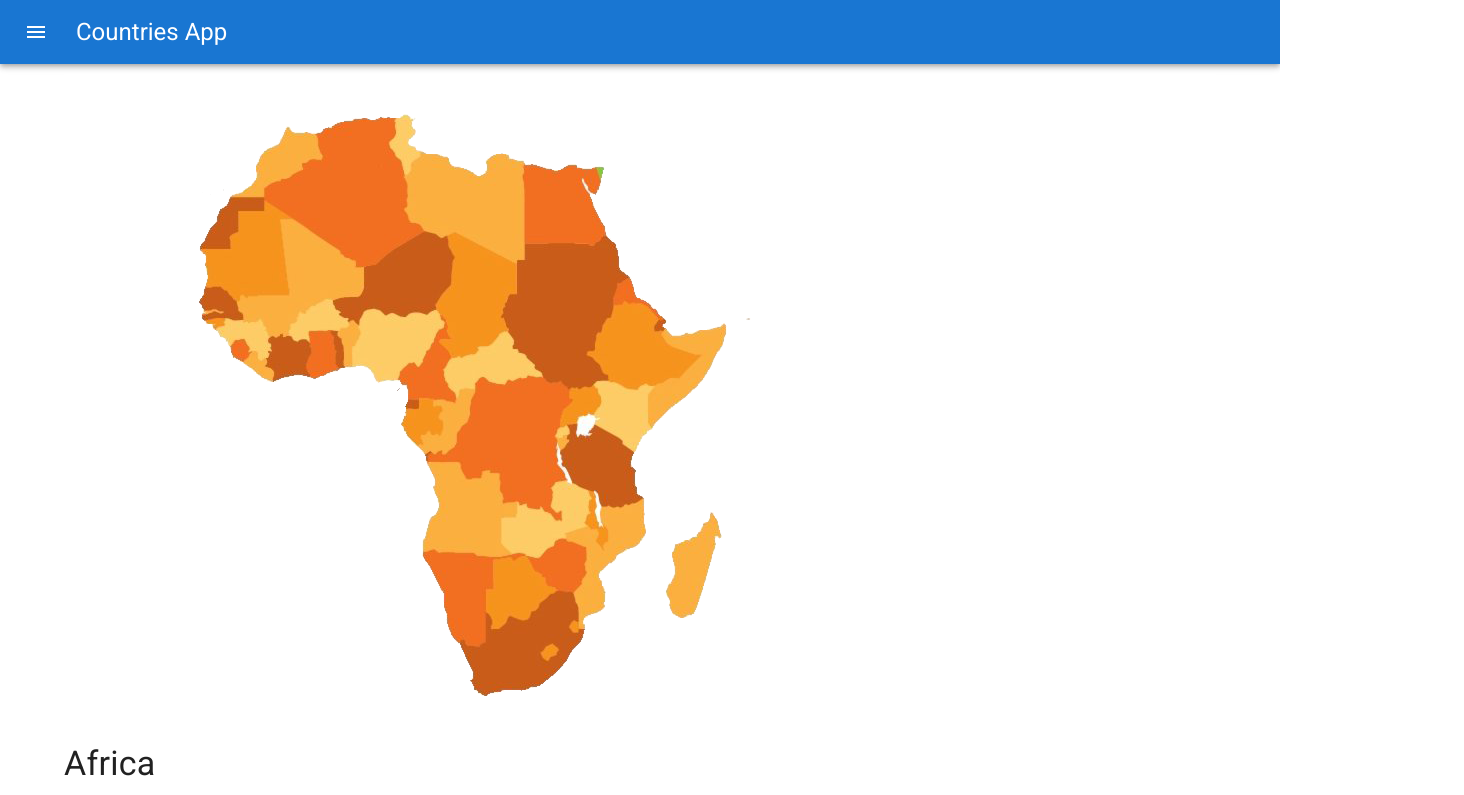
Repository: Ellisvelandia/countryreactjs
Page: /
The author's editor kept a copy of each file at every save. The page is drawn from the files as they stood at one save, then again after the next save.
The browser window is 1280 px wide. The page is 1280 px wide, then 1464 px, so the pictures cover 1464 px, including what lies to the right of the window. The pictures show the whole page.
The project was rebuilt for these pictures with package versions that can differ from the ones it lists, and the page was loaded fresh each time. Also part of the build but not shown: src/index.css, src/App.css, src/components/Countries.jsx.

Above is the page before, as saved 2022-08-25 20:36:42.

### public/index.html
<!DOCTYPE html>
<html lang="en">
  <head>
    <meta charset="utf-8" />
    <link rel="icon" href="%PUBLIC_URL%/favicon.ico" />
    <meta name="viewport" content="width=device-width, initial-scale=1" />
    <meta name="theme-color" content="#000000" />
    <meta
      name="description"
      content="Web site created using create-react-app"
    />
    <link rel="apple-touch-icon" href="%PUBLIC_URL%/logo192.png" />
    <!--
      manifest.json provides metadata used when your web app is installed on a
      user's mobile device or desktop. See https://developers.google.com/web/fundamentals/web-app-manifest/
    -->
    <link rel="manifest" href="%PUBLIC_URL%/manifest.json" />
    <link
      rel="stylesheet"
      href="https://fonts.googleapis.com/css?family=Roboto:300,400,500,700&display=swap"
    />
    <link
      rel="stylesheet"
      href="https://fonts.googleapis.com/icon?family=Material+Icons"
    />
    <!--
      Notice the use of %PUBLIC_URL% in the tags above.
      It will be replaced with the URL of the `public` folder during the build.
      Only files inside the `public` folder can be referenced from the HTML.

      Unlike "/favicon.ico" or "favicon.ico", "%PUBLIC_URL%/favicon.ico" will
      work correctly both with client-side routing and a non-root public URL.
      Learn how to configure a non-root public URL by running `npm run build`.
    -->
    <title>Countries App</title>
  </head>
  <body>
    <noscript>You need to enable JavaScript to run this app.</noscript>
    <div id="root"></div>
    <!--
      This HTML file is a template.
      If you open it directly in the browser, you will see an empty page.

      You can add webfonts, meta tags, or analytics to this file.
      The build step will place the bundled scripts into the <body> tag.

      To begin the development, run `npm start` or `yarn start`.
      To create a production bundle, use `npm run build` or `yarn build`.
    -->
  </body>
</html>

### src/App.js
import React, { useState } from "react";
import "./App.css";
import Navbar from "./components/Navbar";
import RegionPicker from "./components/RegionPicker";
import Countries from "./components/Countries";

function App() {
  const [selectedRegion, setSelectedRegion] = useState(null);

  const onRegionPickerHandler = (region) => {
    setSelectedRegion(region);
  };

  const clearSelectedRegionHandler = () => {
    setSelectedRegion(null);
  };

  return (
    <div className="App">
      <Navbar />

      {selectedRegion ? <Countries/> : <RegionPicker/>}
    </div>
  );
}

export default App;

### src/components/Navbar.jsx
import * as React from "react";
import AppBar from "@mui/material/AppBar";
import Box from "@mui/material/Box";
import Toolbar from "@mui/material/Toolbar";
import Typography from "@mui/material/Typography";
import IconButton from "@mui/material/IconButton";
import MenuIcon from "@mui/icons-material/Menu";

const Navbar = () => {
  return (
    <Box sx={{ flexGrow: 1 }}>
      <AppBar position="static">
        <Toolbar>
          <IconButton
            size="large"
            edge="start"
            color="inherit"
            aria-label="menu"
            sx={{ mr: 2 }}
          >
            <MenuIcon />
          </IconButton>
          <Typography variant="h5" component="div" sx={{ flexGrow: 1 }}>
            Countries App
          </Typography>
        </Toolbar>
      </AppBar>
    </Box>
  );
}

export default Navbar;

### src/components/RegionPicker.jsx
import React from "react";
import "../App.css";
import AfricaImage from "../assets/Africa-Map-PNG-File.png";
import AmericasImage from "../assets/americas.png";
import AsiaImage from "../assets/asia2.png";
import EuropeImage from "../assets/europe2.png";
import CssBaseline from "@mui/material/CssBaseline";
import Box from "@mui/material/Box";
import Container from "@mui/material/Container";
import Grid from "@mui/material/Grid";
import { Typography } from "@mui/material";

const RegionPicker = () => {
  return (
    <div>
      <React.Fragment>
        <CssBaseline />
        <Container fixed>
          <Box
            sx={{
              bgcolor: "#fff",
              minHeight: "90vh",
              display: "flex",
              alignItems: "center",
              justifyContent: "center",
              width: "100%",
              margin: "10px 0",
            }}
          >
            <Grid container spacing={1} columnbs={12}>
              <Grid item xs={12} md={6} lg={6}>
                <div>
                  <img src={AfricaImage} alt="#" />
                  <Typography variant="h4">Africa</Typography>
                </div>
              </Grid>
            </Grid>
          </Box>
        </Container>
      </React.Fragment>
    </div>
  );
};

export default RegionPicker;

Loaded but not shown: src/index.js (common file); src/reportWebVitals.js (common file)

After the next save:
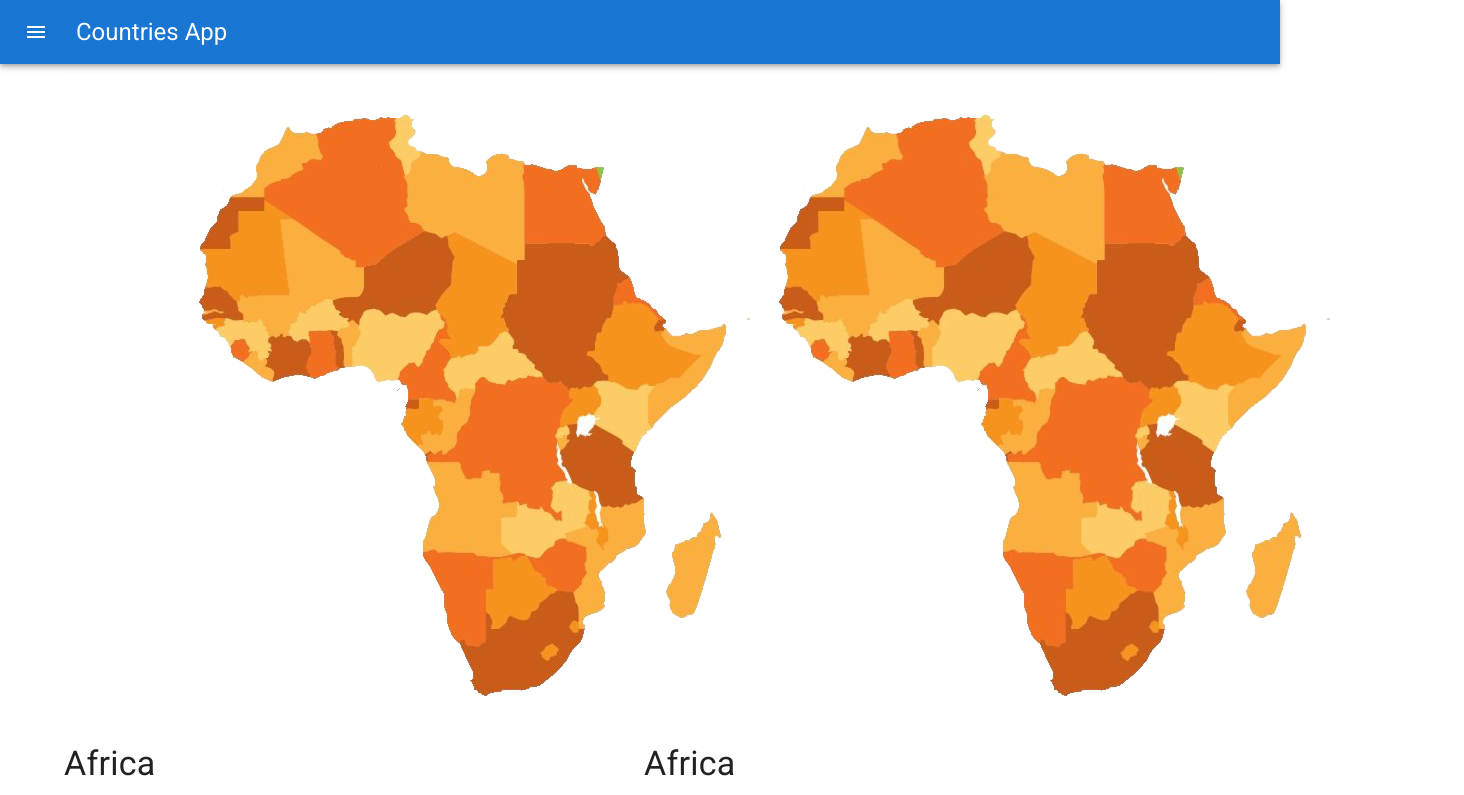
Saved 32 s later.
--- a/src/components/RegionPicker.jsx
+++ b/src/components/RegionPicker.jsx
@@ -34,6 +34,12 @@
                   <Typography variant="h4">Africa</Typography>
                 </div>
               </Grid>
+              <Grid item xs={12} md={6} lg={6}>
+                <div>
+                  <img src={AfricaImage} alt="#" />
+                  <Typography variant="h4">Africa</Typography>
+                </div>
+              </Grid>
             </Grid>
           </Box>
         </Container>
